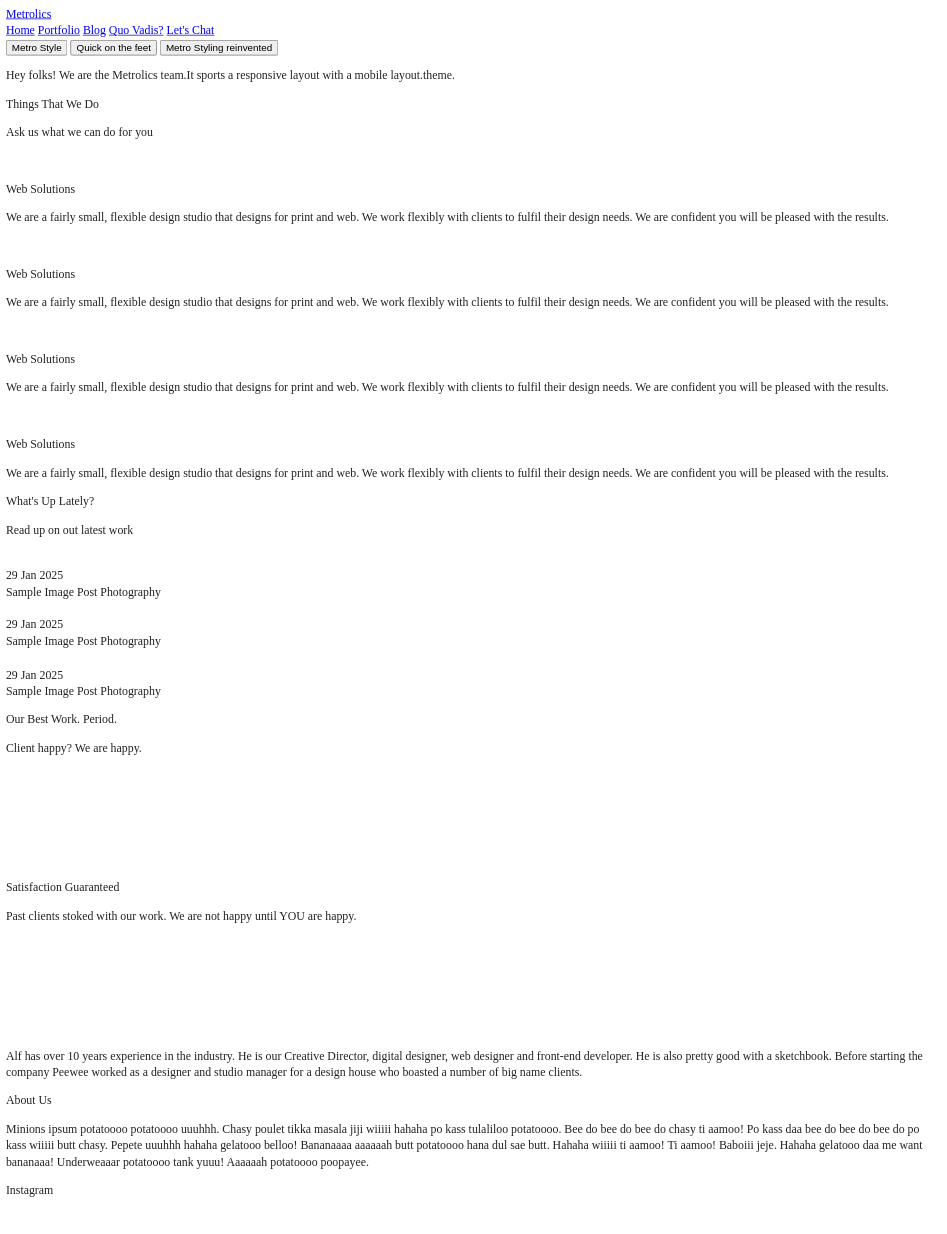
Repository: Angehyy/wk02_site
Page: index.html
The author's editor kept a copy of each file at every save. The page is drawn from the files as they stood at one save, then again after the next save.
The browser window is 1280 px wide. The pictures show the whole page, at 74% of full size.

Above is the page before, as saved 2025-01-20 00:44:09.

After the next save:
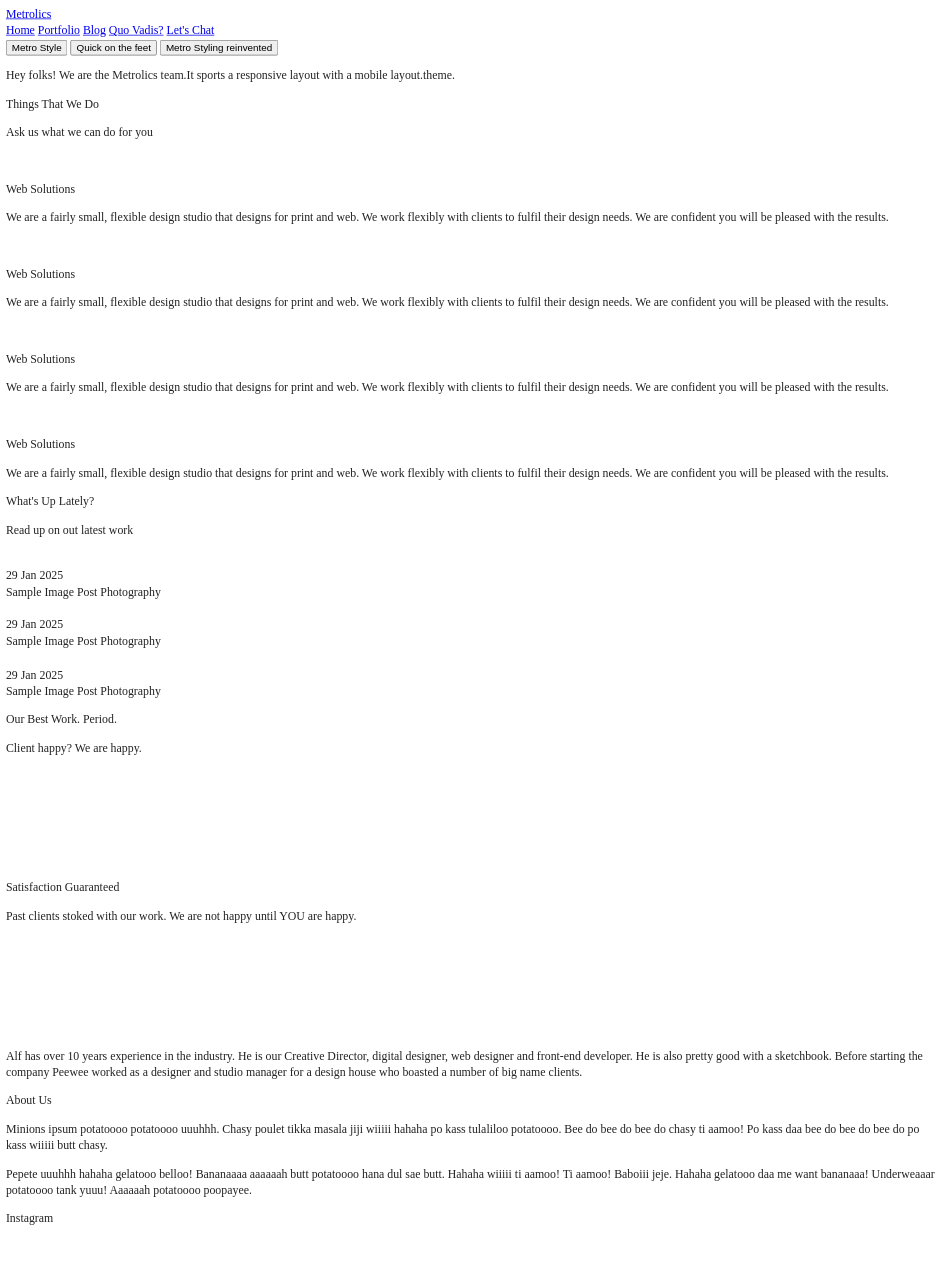
Saved 4 s later.
--- a/index.html
+++ b/index.html
@@ -189,7 +189,7 @@
     </section>
     <div class="">
       <p class="">About Us</p>
-      <p>Minions ipsum potatoooo potatoooo uuuhhh. Chasy poulet tikka masala jiji wiiiii hahaha po kass tulaliloo potatoooo. Bee do bee do bee do chasy ti aamoo! Po kass daa bee do bee do bee do po kass wiiiii butt chasy.
+      <p>Minions ipsum potatoooo potatoooo uuuhhh. Chasy poulet tikka masala jiji wiiiii hahaha po kass tulaliloo potatoooo. Bee do bee do bee do chasy ti aamoo! Po kass daa bee do bee do bee do po kass wiiiii butt chasy. <p></p>
 
       Pepete uuuhhh hahaha gelatooo belloo! Bananaaaa aaaaaah butt potatoooo hana dul sae butt. Hahaha wiiiii ti aamoo! Ti aamoo! Baboiii jeje. Hahaha gelatooo daa me want bananaaa! Underweaaar potatoooo tank yuuu! Aaaaaah potatoooo poopayee. </p>
     </div>
